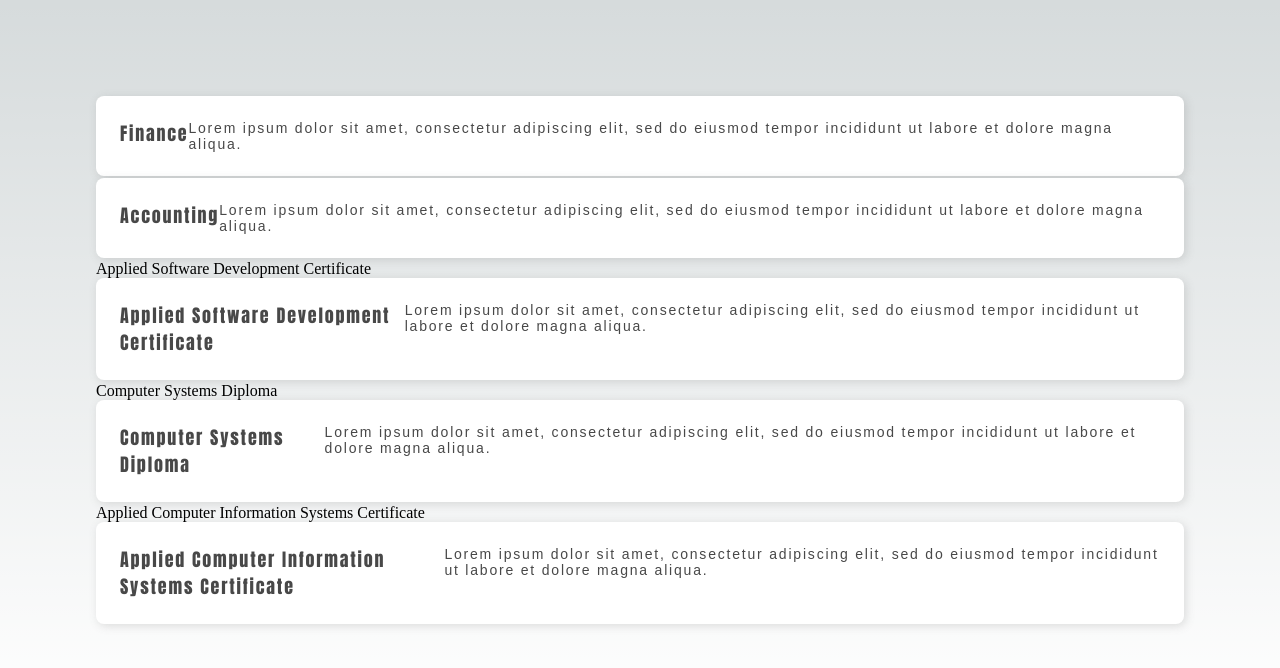
Repository: giovanabirck/class03-vercel-test
Page: /
These files come from the project's save history. The page is drawn as it stood at one moment and after the next save; the edit follows.
The browser window is 1280 px wide. The pictures show the whole page.
The project was rebuilt for these pictures with package versions that can differ from the ones it lists, and the page was loaded fresh each time. The framework's server and built-in components were replaced by stand-ins that run in the browser. Also part of the build but not shown: next.config.js.

Above is the page before, as saved 2023-01-24 21:27:16.

After the next save:
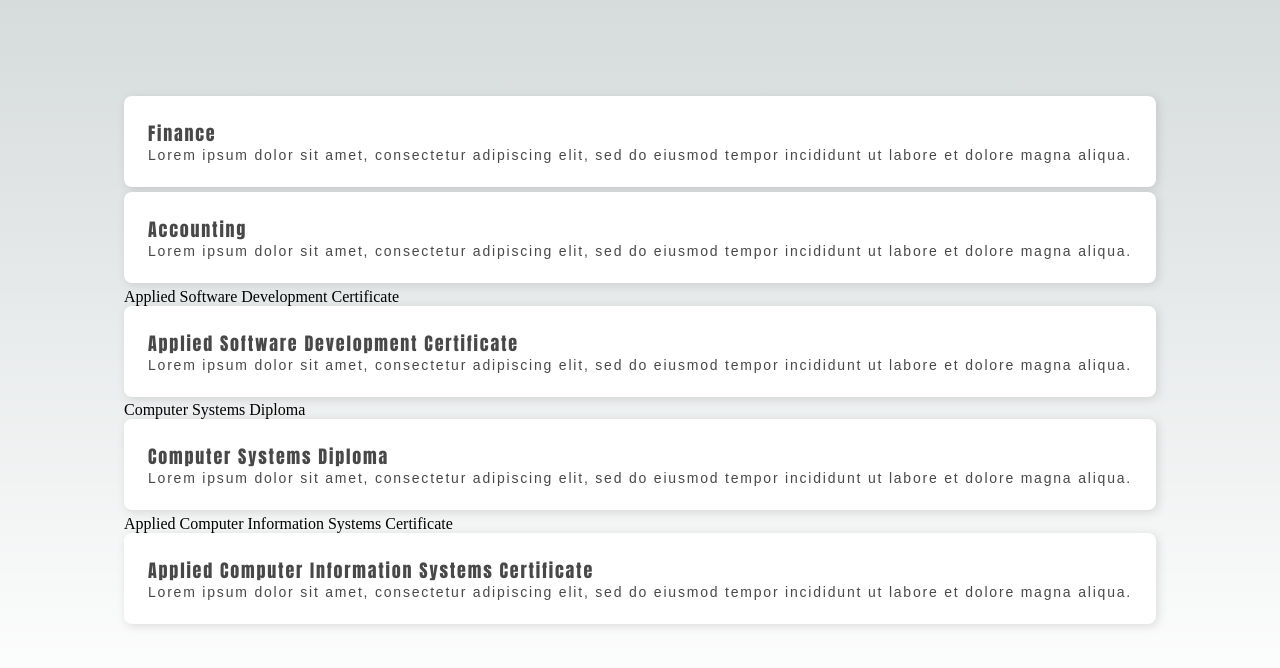
Saved 5 s later.
--- a/components/Card/index.js
+++ b/components/Card/index.js
@@ -13,7 +13,7 @@ export default function Card({
             fontSize: "18px",
             letterSpacing: "0.1em",
             display: "flex",
-            flexDirection: "",
+            flexDirection: "column",
             borderRadius: "8px",
             boxShadow: "2px 2px 10px rgb(100, 100, 100, 0.2)"
         }}>
